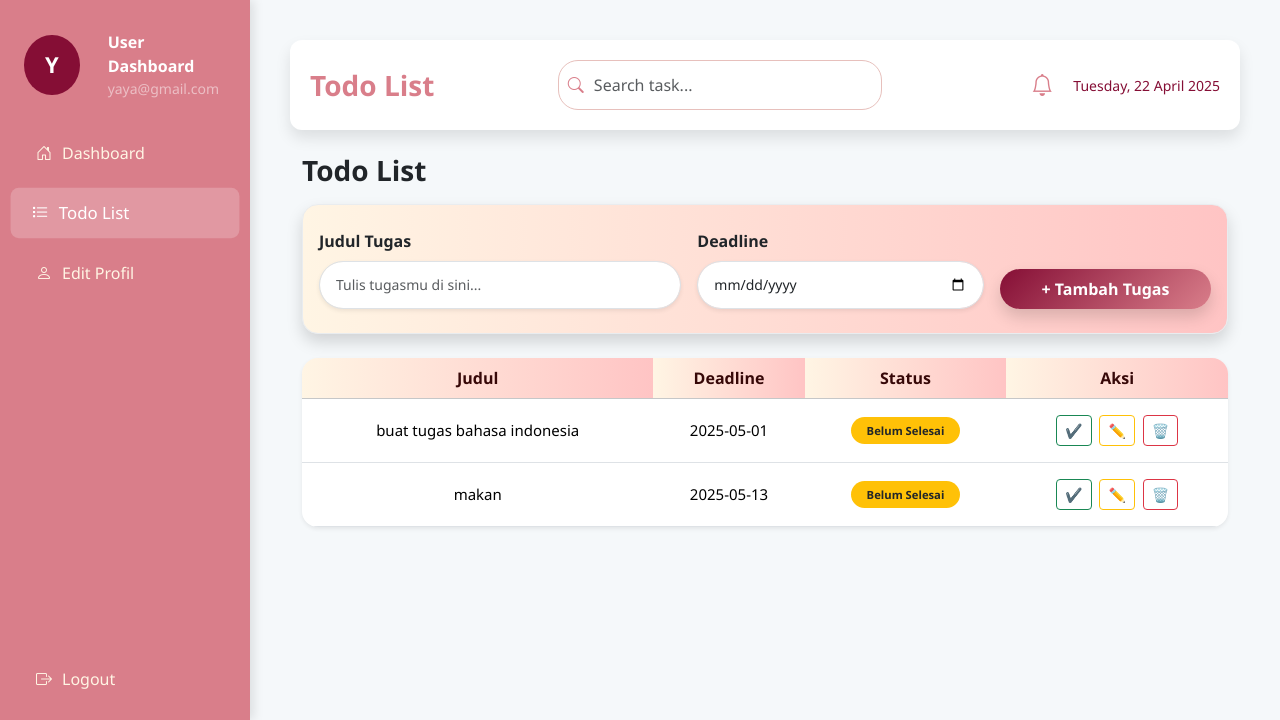
Repository: zhr-nabila/FloTime
Page: http://localhost/todo.php
The author's editor kept a copy of each file at every save. The page is drawn from the files as they stood at one save, then again after a run of saves.
The browser window is 1280 px wide. The pictures show the whole page.
The page is run by PHP 8.4 with error messages shown; the project is at /var/www/html/. The session is filled in as if someone had signed in: {"email": "yaya@gmail.com", "status": "login", "user_id": 2}. Other server files are loaded and not shown. The database holds what the project's SQL file puts in it.

Above is the page before, as saved 2025-04-23 12:22:56.

### todo.php
<?php
session_start();
require 'koneksi.php';

if (!isset($_SESSION['status']) || $_SESSION['status'] != "login") {
    header("Location: login.php");
    exit();
}

$user_id = $_SESSION['user_id'];
$email = $_SESSION['email'];
$search = $_GET['search'] ?? '';

// Tambah task
if (isset($_POST['add_task'])) {
    $title = $_POST['title'];
    $deadline = $_POST['deadline'];
    $created_at = date('Y-m-d H:i:s');

    $stmt = $conn->prepare("INSERT INTO todos (user_id, title, status, deadline, created_at) VALUES (?, ?, 'pending', ?, ?)");
    $stmt->bind_param("isss", $user_id, $title, $deadline, $created_at);
    $stmt->execute();
    $stmt->close();

    header("Location: todo.php");
    exit();
}

// Centang task
if (isset($_GET['done'])) {
    $task_id = $_GET['done'];
    $conn->query("UPDATE todos SET status='completed' WHERE id=$task_id AND user_id=$user_id");
    header("Location: todo.php");
    exit();
}

// Hapus task
if (isset($_GET['delete'])) {
    $task_id = $_GET['delete'];
    $conn->query("DELETE FROM todos WHERE id=$task_id AND user_id=$user_id");
    header("Location: todo.php");
    exit();
}

// Ambil data tugas
$searchSql = !empty($search) ? "AND title LIKE '%$search%'" : "";
$sql = "SELECT * FROM todos WHERE user_id = $user_id $searchSql ORDER BY deadline ASC";
$result = $conn->query($sql);

if (!$result) {
    die("Query gagal: " . $conn->error);
}
?>

<!DOCTYPE html>
<html lang="en">

<head>
    <meta charset="UTF-8">
    <title>Todo List</title>
    <link href="https://cdn.jsdelivr.net/npm/bootstrap@5.3.3/dist/css/bootstrap.min.css" rel="stylesheet">
    <link href="https://cdn.jsdelivr.net/npm/bootstrap-icons@1.10.5/font/bootstrap-icons.css" rel="stylesheet">
    <link rel="stylesheet" href="css/style.css">
</head>

<body>

    <div class="sidebar d-flex flex-column">
        <div class="px-4 d-flex align-items-center mb-4">
            <div class="user-avatar"><?= strtoupper(substr($email, 0, 1)) ?></div>
            <div class="ms-2">
                <div class="fw-semibold">User Dashboard</div>
                <div class="small text-white-50"><?= htmlspecialchars($email) ?></div>
            </div>
        </div>
        <nav class="nav flex-column px-3">
            <a class="nav-link" href="dashboard.php"><i class="bi bi-house-door"></i> Dashboard</a>
            <a class="nav-link active" href="todo.php"><i class="bi bi-list-task"></i> Todo List</a>
            <a class="nav-link" href="profile.php"><i class="bi bi-person"></i> Edit Profil</a>
            <a class="nav-link logout" href="logout.php"><i class="bi bi-box-arrow-right"></i> Logout</a>
        </nav>
    </div>

    <div class="main-content">
        <div class="header">
            <div class="title">Todo List</div>
            <div class="search-bar">
                <form method="GET" action="todo.php" class="d-flex">
                    <input type="text" name="search" class="form-control" placeholder="Search task..." value="<?= htmlspecialchars($search) ?>">
                    <button type="submit" class="btn"><i class="bi bi-search"></i></button>
                </form>
            </div>
            <div class="notifications">
                <i class="bi bi-bell"></i>
                <div class="date"><?= date('l, d F Y') ?></div>
            </div>
        </div>

        <div class="container mt-4">
            <h3 class="mb-3 fw-bold">Todo List</h3>
            <form method="POST" class="mb-4 px-3 py-4 rounded-4 shadow bg-white border border-light-subtle premium-form">
                <div class="row align-items-end g-3">
                    <div class="col-md-5">
                        <label class="form-label fw-semibold">Judul Tugas</label>
                        <input type="text" name="title" class="form-control form-control-sm rounded-5 shadow-sm" placeholder="Tulis tugasmu di sini..." required>
                    </div>
                    <div class="col-md-4">
                        <label class="form-label fw-semibold">Deadline</label>
                        <input type="date" name="deadline" class="form-control form-control-sm rounded-5 shadow-sm" required>
                    </div>
                    <div class="col-md-3 d-grid">
                        <button type="submit" name="add_task" class="btn btn-gradient shadow fw-semibold py-2 rounded-5">+ Tambah Tugas</button>
                    </div>
                </div>
            </form>


            <?php if ($result->num_rows > 0): ?>
                <div class="table-responsive shadow-sm rounded-4 overflow-hidden">
                    <table class="table table-hover align-middle mb-0 premium-table">
                        <thead class="table-light text-center">
                            <tr>
                                <th>Judul</th>
                                <th>Deadline</th>
                                <th>Status</th>
                                <th>Aksi</th>
                            </tr>
                        </thead>
                        <tbody>
                            <?php while ($row = $result->fetch_assoc()): ?>
                                <tr>
                                    <td><?= htmlspecialchars($row['title']) ?></td>
                                    <td><?= htmlspecialchars($row['deadline']) ?></td>
                                    <td class="text-center">
                                        <?php
                                        if ($row['status'] == 'completed') {
                                            echo "<span class='badge rounded-pill text-bg-success px-3 py-2'>Selesai</span>";
                                        } elseif (date('Y-m-d') > $row['deadline']) {
                                            echo "<span class='badge rounded-pill text-bg-danger px-3 py-2'>Terlambat</span>";
                                        } else {
                                            echo "<span class='badge rounded-pill text-bg-warning text-dark px-3 py-2'>Belum Selesai</span>";
                                        }
                                        ?>
                                    </td>
                                    <td class="text-center">
                                        <?php if ($row['status'] != 'completed'): ?>
                                            <a href="?done=<?= $row['id'] ?>" class="btn btn-outline-success btn-sm me-1">✔️</a>
                                        <?php endif; ?>
                                        <a href="edit_task.php?id=<?= $row['id'] ?>" class="btn btn-outline-warning btn-sm me-1">✏️</a>
                                        <a href="?delete=<?= $row['id'] ?>" onclick="return confirm('Hapus tugas ini?')" class="btn btn-outline-danger btn-sm">🗑️</a>
                                    </td>
                                </tr>
                            <?php endwhile; ?>
                        </tbody>
                    </table>
                </div>
            <?php else: ?>
                <p class="text-muted mt-4 text-center">✨ Tidak ada tugas ditemukan. Buat yang baru, yuk!</p>
            <?php endif; ?>

        </div>
    </div>

</body>

</html>

### koneksi.php
<?php
$host = "localhost";
$user = "root";
$pass = "";
$db = "todolist"; // Nama database kamu

$conn = mysqli_connect($host, $user, $pass, $db);

// Cek koneksi
if (!$conn) {
    die("Koneksi gagal: " . mysqli_connect_error());
}
?>

### css/style.css
@import url('https://fonts.googleapis.com/css2?family=Poppins:wght@500&display=swap');

:root {
    --c0: #ffffff;
    --c1: #E3919F;
    --c2: #E7C0BC;
    --c3: #370808;
    --c4: #D97E8A;
    --c5: #EC9FAB;
    --c6: #000000;
    /* gradient */
    --c7: #850e35;
    --c8: #ee6983;
    --c9: #ffc4c4;
    --c10: #fff5e4;
    --c11: #d1d5db;
}

body {
    background: #f5f8fa;
    font-family: 'Segoe UI', sans-serif;
    margin: 0;
    padding: 0;
    overflow: hidden;
}

html, body {
    height: 100%;
}


::-webkit-scrollbar {
    display: none;
}

.main-content {
    margin-left: 250px;
    padding: 40px;
    height: 100vh;
    overflow-y: auto;
}


.sidebar {
    height: 100vh;
    background: var(--c4);
    color: var(--c0);
    padding-top: 30px;
    position: fixed;
    width: 250px;
    transition: all 0.3s;
    box-shadow: 4px 0 10px rgba(0, 0, 0, 0.1);
}

.sidebar .nav-link {
    color: var(--c10);
    padding: 12px 20px;
    margin: 6px 0;
    border-radius: 8px;
    display: flex;
    align-items: center;
    gap: 10px;
    transition: all 0.3s ease;
    font-size: 16px;
}

.sidebar .nav-link:hover,
.sidebar .nav-link.active {
    background-color: rgba(255, 255, 255, 0.2);
    color: var(--c0);
    transform: scale(1.05);
}

.sidebar .nav-link.logout {
    color: var(--c10);
    padding: 12px 20px;
    margin: 22rem 0;
    border-radius: 8px;
    display: flex;
    align-items: center;
    gap: 10px;
    transition: all 0.3s ease;
    font-size: 16px;
}

.sidebar .nav-link.logout:hover {
    background-color: rgba(255, 255, 255, 0.2);
    color: var(--c0);
    transform: scale(1.05);
}

.main-content {
    margin-left: 250px;
    padding: 40px;
}

.header {
    display: flex;
    justify-content: space-between;
    align-items: center;
    padding: 20px;
    background: var(--c0);
    border-radius: 12px;
    box-shadow: 0 8px 15px rgba(0, 0, 0, 0.1);
    margin-bottom: 20px;
}

.header .title {
    font-size: 28px;
    font-weight: bold;
    color: var(--c4);
}

.header .search-bar {
    position: relative;
    width: 350px;
}

.header .search-bar input {
    width: 100%;
    padding: 12px 40px 12px 35px;
    border-radius: 20px;
    border: 1px solid var(--c2);
    font-size: 16px;
    transition: border 0.3s;
}

.header .search-bar input:focus {
    border: 1px solid var(--c4);
    outline: none;
}

.header .search-bar i {
    position: absolute;
    top: 50%;
    left: 10px;
    transform: translateY(-50%);
    color: var(--c4);
}

.header .notifications {
    display: flex;
    align-items: center;
    gap: 20px;
}

.header .notifications .bi {
    font-size: 22px;
    cursor: pointer;
    color: var(--c4);
    transition: color 0.3s;
}

.header .notifications .bi:hover {
    color: var(--c7);
}

.card-welcome {
    background: linear-gradient(135deg, var(--c9), var(--c10));
    border-radius: 16px;
    box-shadow: 0 15px 30px rgba(0, 0, 0, 0.1);
    padding: 30px;
    animation: fadeIn 0.6s ease;
    margin-bottom: 30px;
    color: var(--c7);
    border: none;
}

.user-avatar {
    width: 60px;
    height: 60px;
    background-color: var(--c7);
    color: var(--c0);
    font-weight: bold;
    border-radius: 50%;
    display: flex;
    align-items: center;
    justify-content: center;
    margin-right: 20px;
    font-size: 22px;
    transition: background-color 0.3s ease;
}

.user-avatar:hover {
    background-color: var(--c3);
}

.date {
    font-size: 14px;
    color: var(--c7);
}

@keyframes fadeIn {
    from {opacity: 0; transform: translateY(20px);}
    to {opacity: 1; transform: translateY(0);}
}

/* Mobile Responsiveness */
@media (max-width: 768px) {
    .sidebar {
        width: 200px;
    }

    .main-content {
        margin-left: 200px;
    }

    .header .title {
        font-size: 24px;
    }

    .header .search-bar {
        width: 250px;
    }
}

/* todo */

/* todo */

.premium-form {
    background: linear-gradient(to right, var(--c10), var(--c9));
    border: 2px solid var(--c2);
    border-radius: 12px;
}

.btn-gradient {
    background: linear-gradient(135deg, var(--c7), var(--c4));
    color: white;
    border: none;
    transition: 0.3s ease;
    border-radius: 10px; /* Membuat tombol lebih melengkung */
    padding: 0.8rem 1.5rem; /* Menyesuaikan ukuran tombol */
}

.btn-gradient:hover {
    transform: scale(1.02);
    background: linear-gradient(135deg, var(--c8), var(--c4));
    box-shadow: 0 4px 8px rgba(0, 0, 0, 0.15); /* Memberikan efek bayangan yang lebih soft */
}

.form-control-sm {
    font-size: 14px; /* Ukuran font yang lebih kecil */
    padding: 0.8rem 1rem; /* Mengatur ukuran padding input agar lebih kecil */
    border-radius: 8px; /* Membuat sudut input lebih melengkung */
}

.premium-table th {
    font-weight: 600;
    background: linear-gradient(to right, var(--c10), var(--c9));
    color: var(--c3);
}

.premium-table td {
    vertical-align: middle;
    padding-top: 16px;
    padding-bottom: 16px;
    font-size: 15px;
}

.table-hover tbody tr:hover {
    background-color: #fdf2f2;
    transition: 0.3s;
}

.table td,
.table th {
    text-align: center;
}

### todolist.sql (the tables this page reads)
CREATE TABLE `todos` (
  `id` int(11) NOT NULL,
  `user_id` int(11) NOT NULL,
  `title` varchar(255) NOT NULL,
  `status` enum('pending','completed') DEFAULT 'pending',
  `deadline` date DEFAULT NULL,
  `created_at` timestamp NOT NULL DEFAULT current_timestamp()
) ENGINE=InnoDB DEFAULT CHARSET=utf8mb4 COLLATE=utf8mb4_general_ci;

INSERT INTO `todos` (`id`, `user_id`, `title`, `status`, `deadline`, `created_at`) VALUES
(2, 2, 'buat tugas bahasa indonesia', 'pending', '2025-05-01', '2025-05-15 17:11:25'),
(5, 2, 'makan', 'pending', '2025-05-13', '2025-05-21 19:26:13');

ALTER TABLE `todos`
  ADD PRIMARY KEY (`id`),
  ADD KEY `user_id` (`user_id`);

ALTER TABLE `todos`
  MODIFY `id` int(11) NOT NULL AUTO_INCREMENT, AUTO_INCREMENT=6;

ALTER TABLE `todos`
  ADD CONSTRAINT `todos_ibfk_1` FOREIGN KEY (`user_id`) REFERENCES `users` (`id`);

After the next 3 saves:
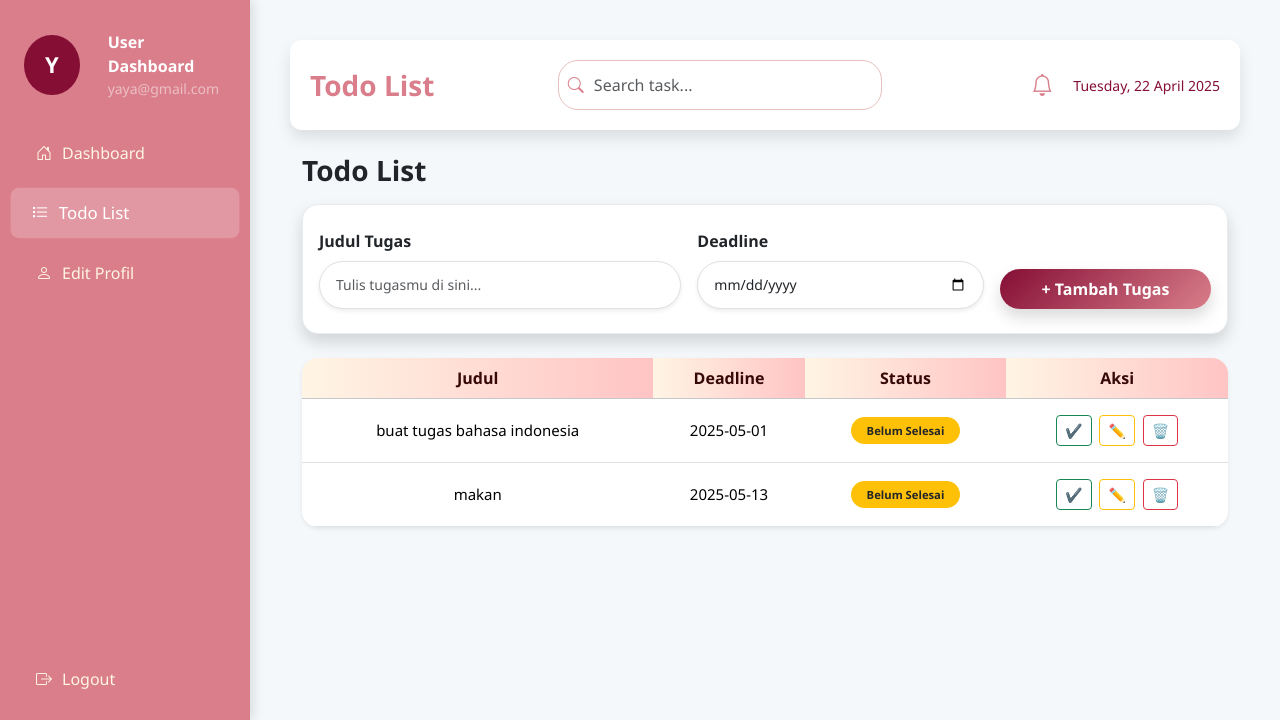
The 3 saves are shown as one change because they came seconds apart.
The last was saved 31 s later.
--- a/css/style.css
+++ b/css/style.css
@@ -219,7 +219,7 @@ html, body {
 /* todo */
 
 .premium-form {
-    background: linear-gradient(to right, var(--c10), var(--c9));
+    background: var(--c4);
     border: 2px solid var(--c2);
     border-radius: 12px;
 }
